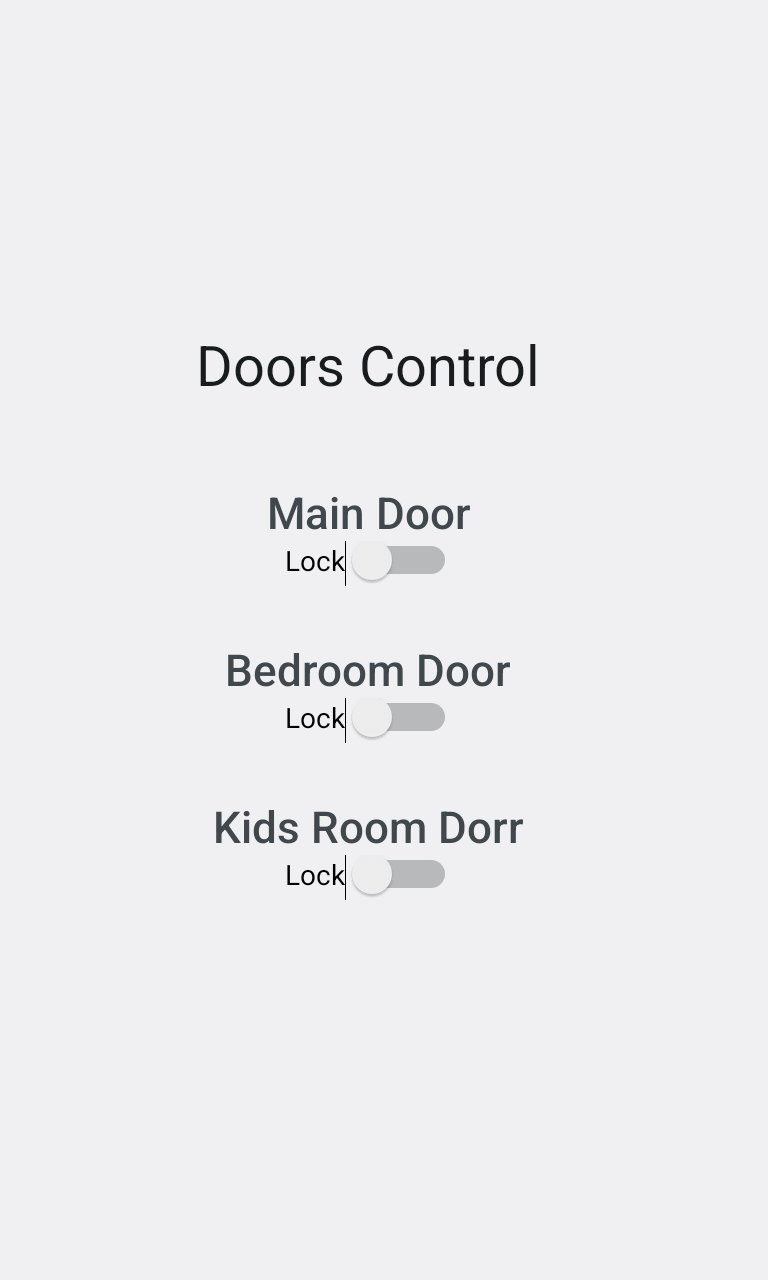
Repository: Teketel/hujeManiita
Layout: workspace/android/Besso/res/layout/door_control.xml
The author's editor kept a copy of each file at every save. The layout is drawn from the files as they stood at one save, then again after the next save.
It is drawn on a 768 x 1280 px phone screen (xhdpi) without system bars, with theme AppTheme; the app's code is not run.

Above is the layout before, as saved 2013-05-19 22:43:15.

After the next save:
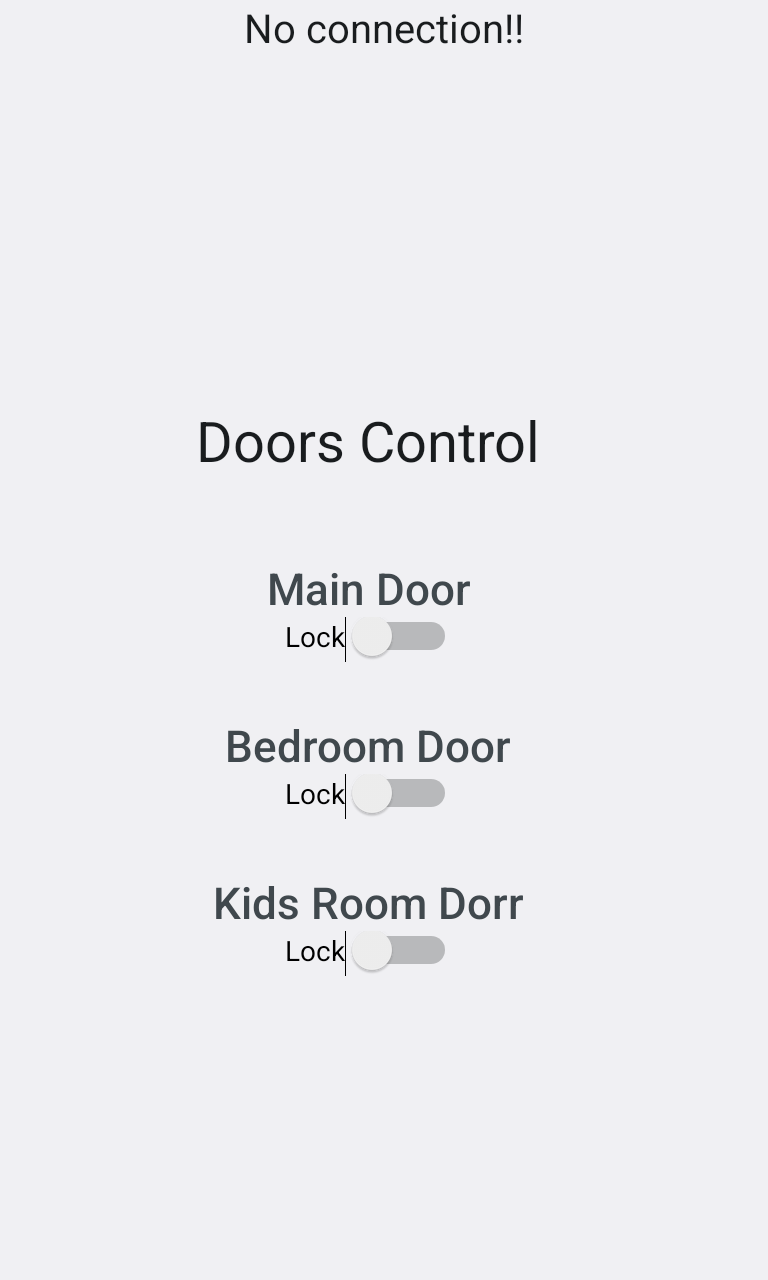
Saved 59 s later.
--- a/workspace/android/Besso/res/layout/door_control.xml
+++ b/workspace/android/Besso/res/layout/door_control.xml
@@ -1,5 +1,20 @@
 <?xml version="1.0" encoding="utf-8"?>
 <LinearLayout xmlns:android="http://schemas.android.com/apk/res/android"
+    android:layout_width="fill_parent"
+    android:layout_height="wrap_content"
+    android:orientation="vertical" >
+
+    <TextView
+        android:id="@+id/noConntextView"
+        android:layout_width="fill_parent"
+        android:layout_height="wrap_content"
+        android:gravity="center"
+        android:paddingBottom="49dp"
+        android:text="No connection!!"
+        android:textAppearance="?android:attr/textAppearanceLarge"
+        android:textSize="20dp" />
+
+    <LinearLayout
         android:layout_width="fill_parent"
         android:layout_height="fill_parent"
         android:gravity="center"
@@ -62,3 +77,5 @@
             android:paddingBottom="30dp"
             android:text="Lock" />
     </LinearLayout>
+
+</LinearLayout>
